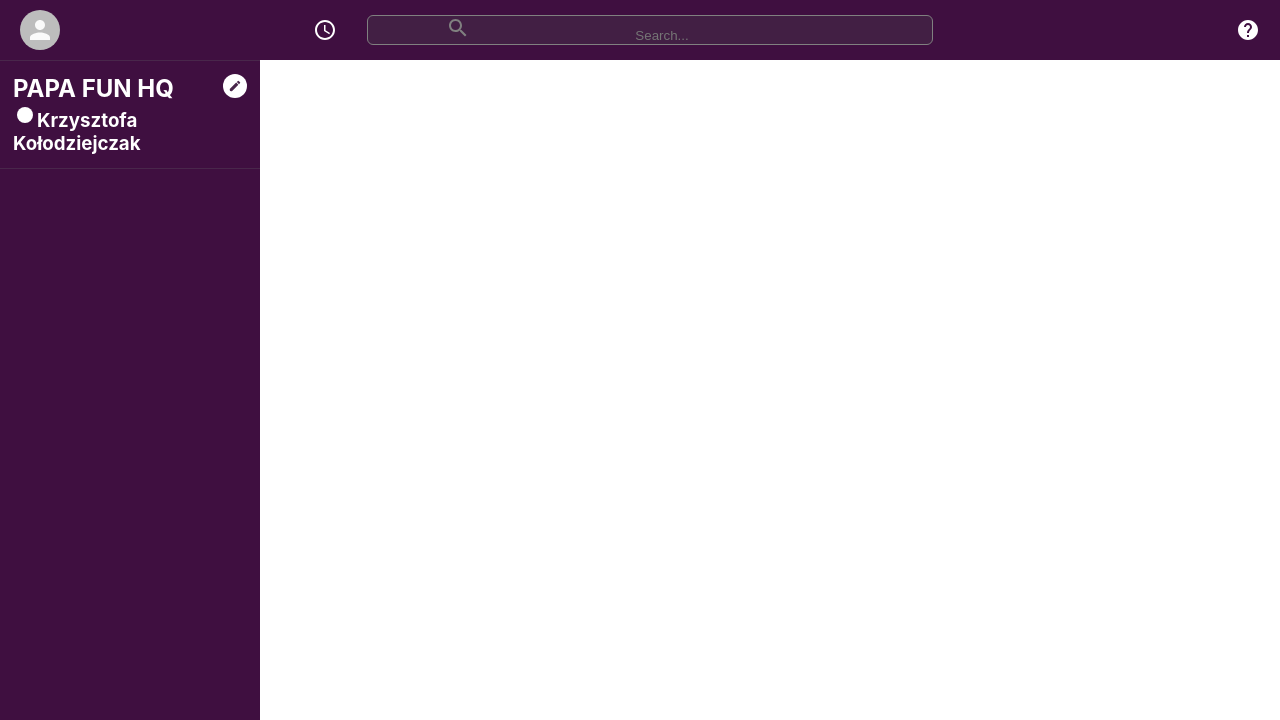
Repository: KrzysKolo/slackClone
Page: /
The author's editor kept a copy of each file at every save. The page is drawn from the files as they stood at one save, then again after the next save.
The browser window is 1280 px wide. The pictures show the whole page.
The project was rebuilt for these pictures with package versions that can differ from the ones it lists, and the page was loaded fresh each time. Also part of the build but not shown: src/App.css, src/pages/About/About.js.

Above is the page before, as saved 2021-12-27 14:42:24.

### src/index.css
* {
  margin: 0;
  padding: 0;
  box-sizing: border-box;
}
body {
  --slack-color: #3f0f40;
  overflow: hidden;

  margin: 0;
  font-family: -apple-system, BlinkMacSystemFont, 'Segoe UI', 'Roboto', 'Oxygen',
    'Ubuntu', 'Cantarell', 'Fira Sans', 'Droid Sans', 'Helvetica Neue',
    sans-serif;
  -webkit-font-smoothing: antialiased;
  -moz-osx-font-smoothing: grayscale;
}

code {
  font-family: source-code-pro, Menlo, Monaco, Consolas, 'Courier New',
    monospace;
}

### src/App.js
import './App.css';
import {BrowserRouter as Router, Routes, Route, Link } from 'react-router-dom';
import { AppBody } from './style';
import { About } from './pages'
import { Header, Sidebar } from './components';

function App() {
  return (
    <Router>
      <>
        <Header />
        <AppBody>
          <Sidebar />
          <Routes>
            <Route path='/' exact  />
          </Routes>
        </AppBody>
      </>
    </Router>
  );
}

export default App;

### src/style.js
import styled from 'styled-components';

export const AppBody = styled.div`
  display: flex;
  height: 100vh;
`;

### src/components/index.js
export { default as Header } from './Header';
export { default as Sidebar } from './Sidebar';

### src/components/Header/Header.js
import React from 'react';
import { HeaderContainer, HeaderLeft, HeaderAvatar, HeaderSearch, HeaderRight } from './style';
import AccessTimeIcon from '@material-ui/icons/AccessTime';
import SearchIcon from '@material-ui/icons/Search';
import HelpIcon from '@material-ui/icons/Help';


const Header = () => {
  return (
    <HeaderContainer>
      {/*  Header Left */}
      <HeaderLeft>
        <HeaderAvatar

         />
         <AccessTimeIcon />
      </HeaderLeft>
      {/*  Header Search */}
      <HeaderSearch>
        <SearchIcon />
        <input placeholder='Search...' />
      </HeaderSearch>
      {/*  Header Right */}
      <HeaderRight>
        <HelpIcon />
      </HeaderRight>
    </HeaderContainer>
  )
}

export default Header;

### src/components/Sidebar/Sidebar.js
import React from 'react';
import { SidebarContainer, SidebarHead, SidebarInfo } from './style';
import FiberManualRecordIcon from '@material-ui/icons/FiberManualRecord';
import CreateIcon from '@material-ui/icons/Create';


const Sidebar = () => {
  return (
    <SidebarContainer>
      <SidebarHead>
        <SidebarInfo>
          <h2>PAPA FUN HQ</h2>
          <h3>
            <FiberManualRecordIcon />
            Krzysztofa Kołodziejczak
          </h3>
        </SidebarInfo>
        <CreateIcon />
      </SidebarHead>
    </SidebarContainer>
  )
}

export default Sidebar;

### src/components/Header/style.js
import styled from 'styled-components';
import { Avatar } from '@material-ui/core';

export const HeaderContainer = styled.header`
  display: flex;
  position: fixed;
  width: 100%;
  align-items: center;
  justify-content: space-between;
  padding: 10px 0;
  background-color: var(--slack-color);
  color: white;
`;
export const HeaderLeft = styled.div`
  flex: 0.3;
  display: flex;
  align-items: center;
  margin-left: 20px;
  > .MuiSvgIcon-root {
    margin-left: auto;
    margin-right: 30px;
  }
`;

export const HeaderAvatar = styled(Avatar)`
  cursor: pointer;

  :hover {
    opacity: 0.8;
  }
`;

export const HeaderSearch = styled.div`
  flex: 0.4;
  opacity: 1;
  border-radius: 6px;
  background-color: #421f44;
  text-align: center;
  padding: 0 50px;
  color: gray;
  border: 1px gray solid;
  > input {
    background-color: transparent;
    border: none;
    text-align: center;
    min-width: 30vw;
    outline: 0;
    color: white;
  }
`;
export const HeaderRight = styled.div`
  flex: 0.3;
  display: flex;
  align-items: flex-end;
  > .MuiSvgIcon-root {
    margin-left: auto;
    margin-right: 20px;
  }
`;

### src/components/Sidebar/style.js
import styled from 'styled-components';

export const SidebarContainer = styled.div`
  color: white;
  background-color: var(--slack-color);
  flex: 0.3;
  border-top: 1px solid #49274b;
  max-width: 260px;
  margin-top: 60px;
`;

export const SidebarHead = styled.div`
  display: flex;
  border-bottom: 1px solid #49274b;
  padding: 13px;
  > .MuiSvgIcon-root {
    padding: 5px;
    color: #49274b;
    font-size: 24px;
    background: #fff;
    border-radius: 50%;
  }
`;

export const SidebarInfo = styled.div``;

Loaded but not shown: public/index.html (common file); src/index.js (common file); src/pages/index.js (common file); src/pages/About/index.js (common file); src/components/Header/index.js (common file); src/components/Sidebar/index.js (common file)

After the next save:
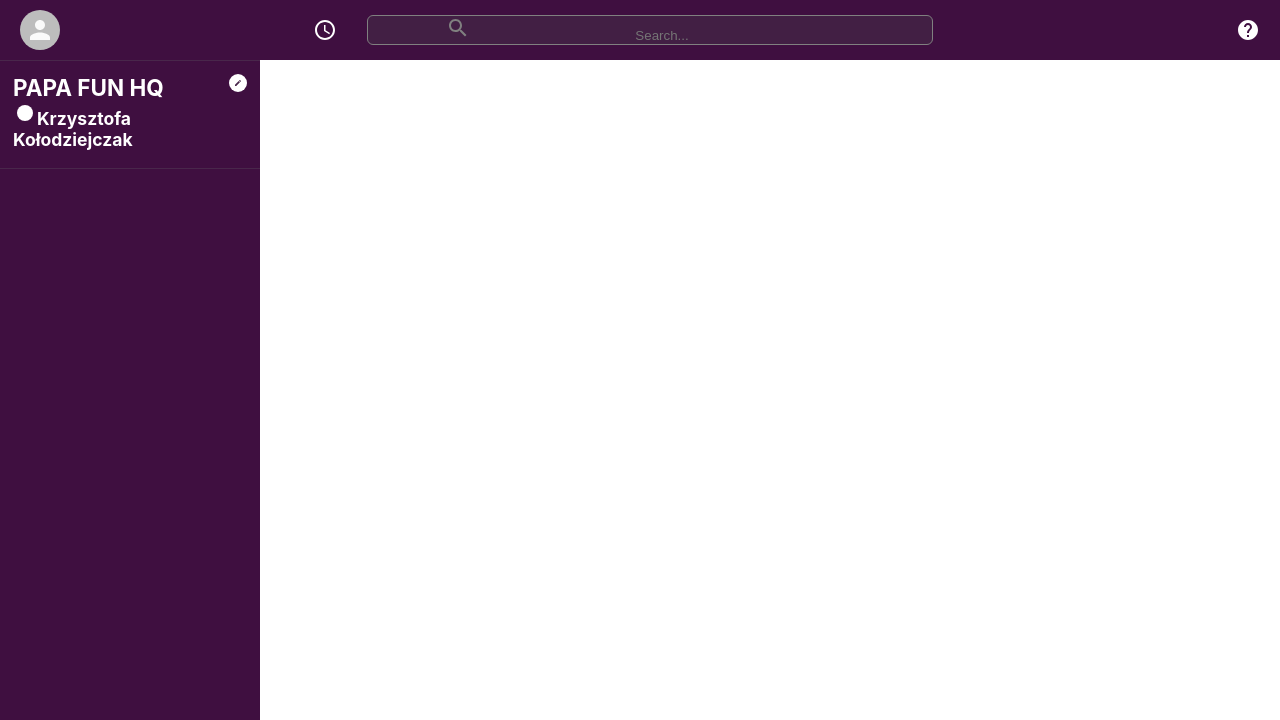
Saved 119 s later.
--- a/src/components/Sidebar/style.js
+++ b/src/components/Sidebar/style.js
@@ -16,10 +16,15 @@ export const SidebarHead = styled.div`
   > .MuiSvgIcon-root {
     padding: 5px;
     color: #49274b;
-    font-size: 24px;
+    font-size: 18px;
     background: #fff;
     border-radius: 50%;
   }
 `;
 
-export const SidebarInfo = styled.div``;
+export const SidebarInfo = styled.div`
+  flex: 1;
+  font-size: 15px;
+  font-weight: 900;
+  margin-bottom: 5px;
+`;
